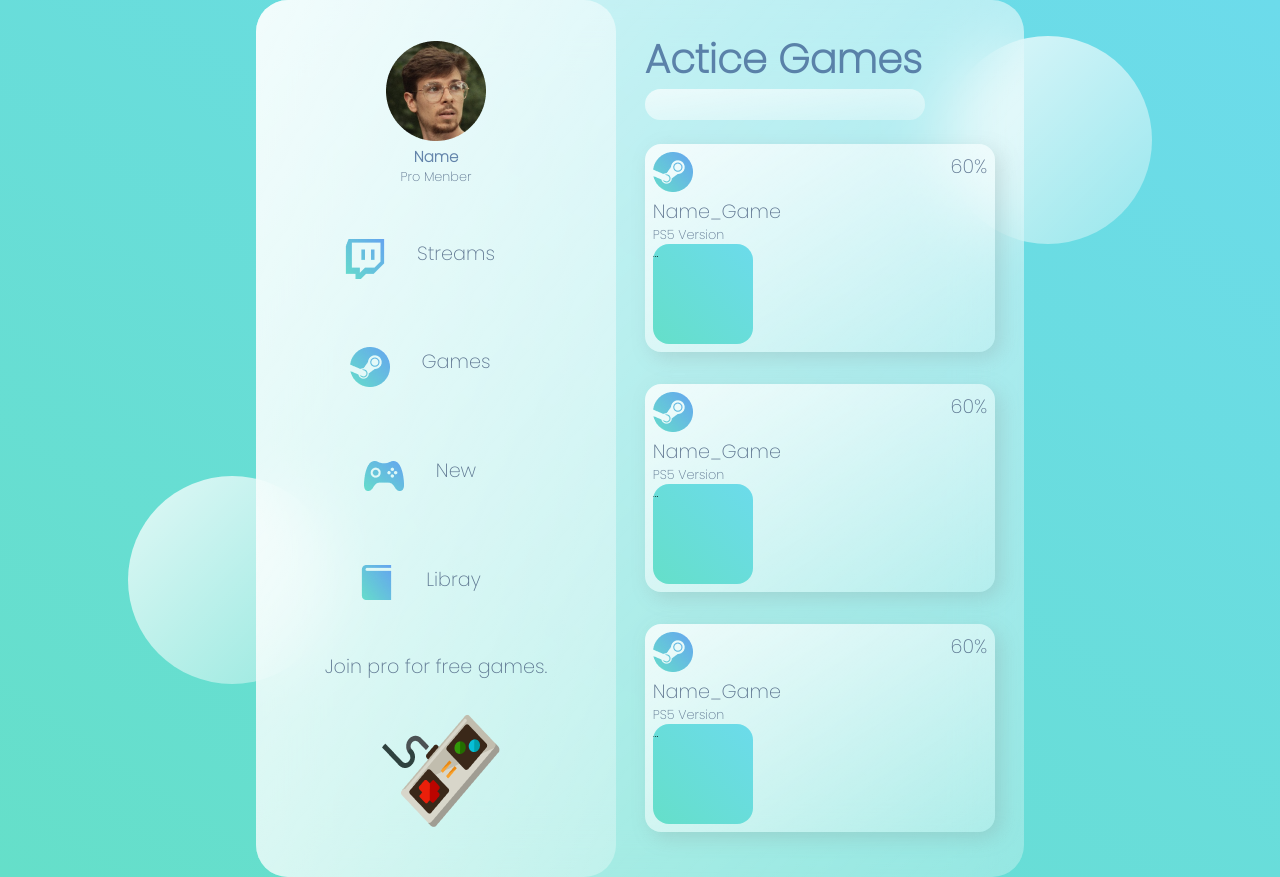
Repository: ServerK001/HomeGamer
Page: /
An editor plug-in stored every save of this project. The page is shown before and after the next save, followed by the edit.
The browser window is 1280 px wide. The pictures show the whole page.
The project was rebuilt for these pictures with package versions that can differ from the ones it lists, and the page was loaded fresh each time.

Above is the page before, as saved 2021-12-28 14:28:56.

After the next save:
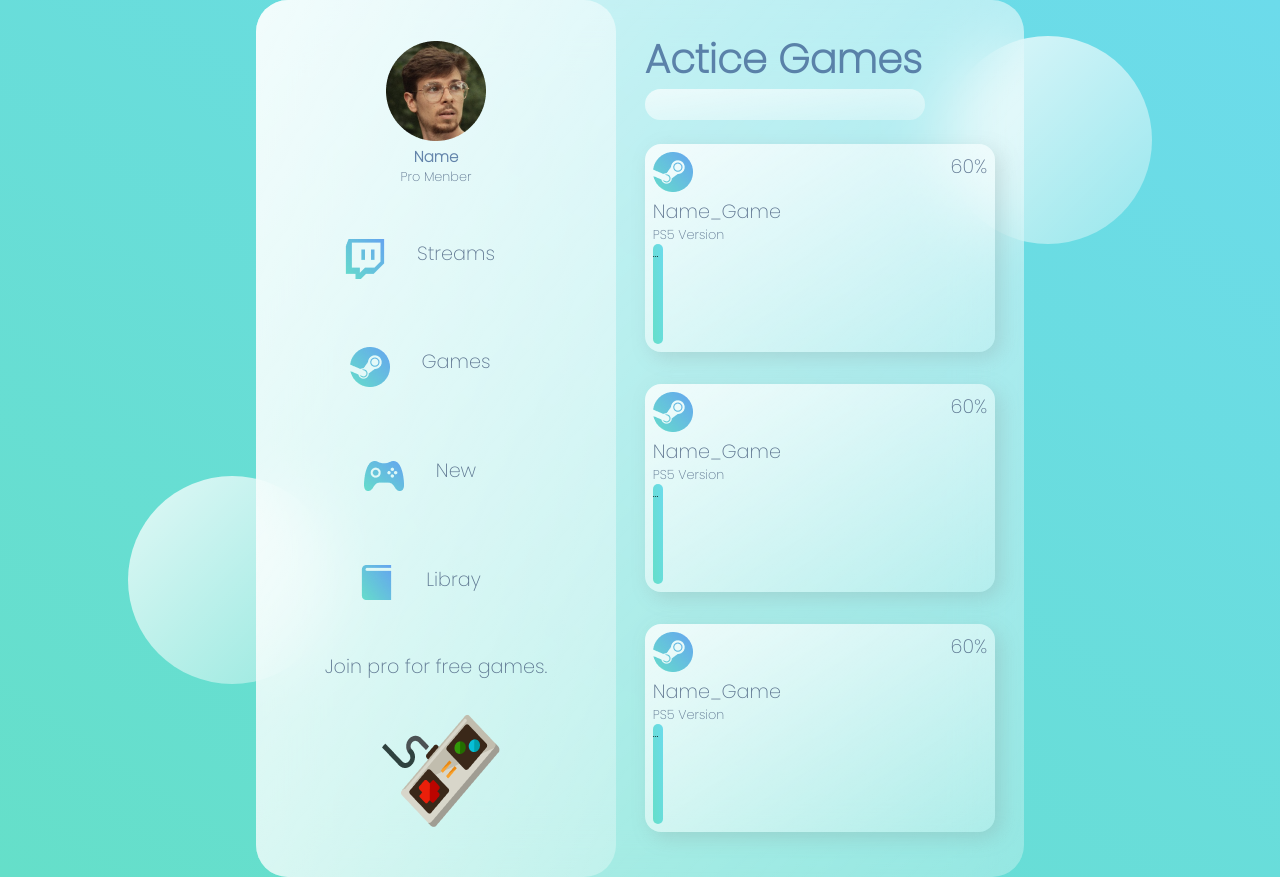
Saved 22 s later.
--- a/src/components/header/GamesProgress/cardsGames/styles.scss
+++ b/src/components/header/GamesProgress/cardsGames/styles.scss
@@ -11,7 +11,7 @@
 
 .progress {
     background: linear-gradient(to right top, #65dfc9, #6cdbeb);
-    width: 100px;
+    width: 10px;
     height: 100px;
     border-radius: 1rem;
     position: relative;
